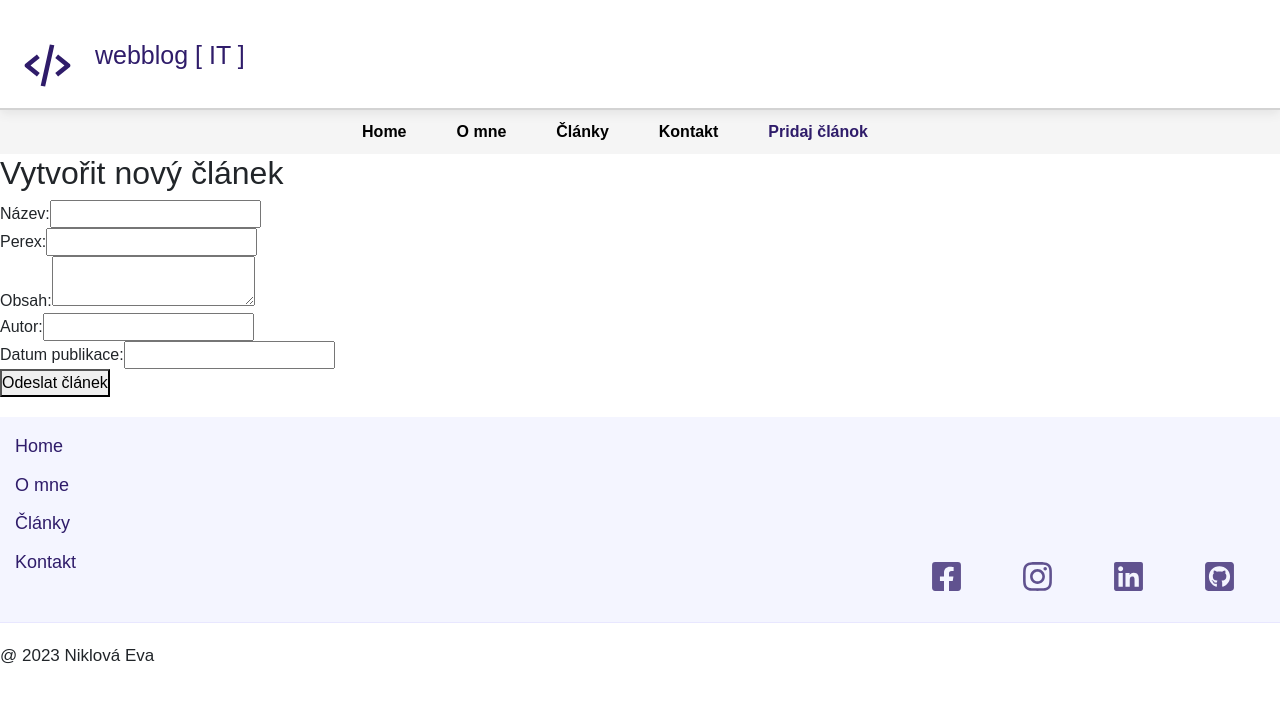
Repository: eniklova/github-bl
Page: /newarticel
The author's editor kept a copy of each file at every save. The page is drawn from the files as they stood at one save, then again after the next save.
The browser window is 1280 px wide. The pictures show the whole page.
Some web fonts or font styles are not loaded; a fallback is used. The project was rebuilt for these pictures with package versions that can differ from the ones it lists, and the page was loaded fresh each time. Also part of the build but not shown: src/components/ArticleList.js, src/components/HeroSlider.css, src/components/HeroSlider.js, src/pages/Home.js, src/pages/Aboutme.js, src/pages/Articles.js, src/pages/Kontakt.js, src/pages/Error.js.

Above is the page before, as saved 2023-10-23 10:50:02.

After the next save:
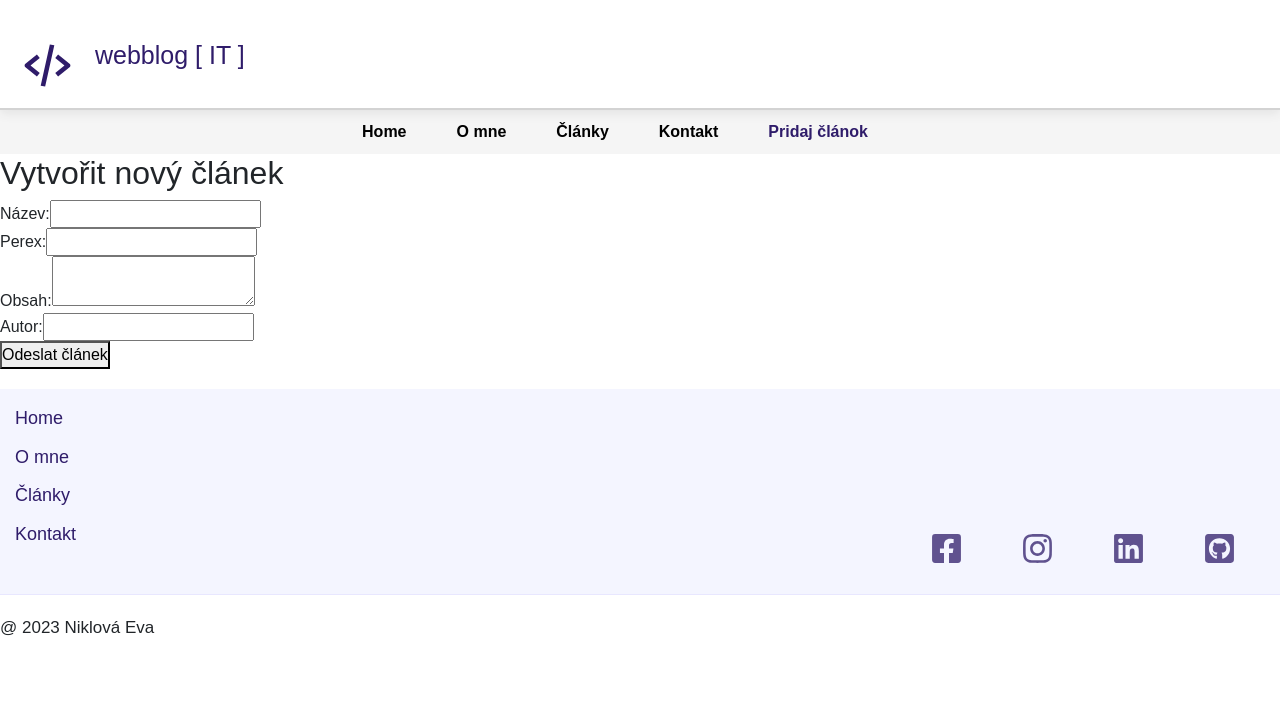
Saved 32 s later.
--- a/src/components/ArticleForm.js
+++ b/src/components/ArticleForm.js
@@ -98,16 +98,7 @@ function ArticleForm() {
             onChange={handleChange}
           />
         </div>
-        <div>
-          <label htmlFor="published_at">Datum publikace:</label>
-          <input
-            type="text"
-            id="published_at"
-            name="published_at"
-            value={formData.published_at}
-            onChange={handleChange}
-          />
-        </div>
+
 
         <button type="submit">Odeslat článek</button>
       </form>
